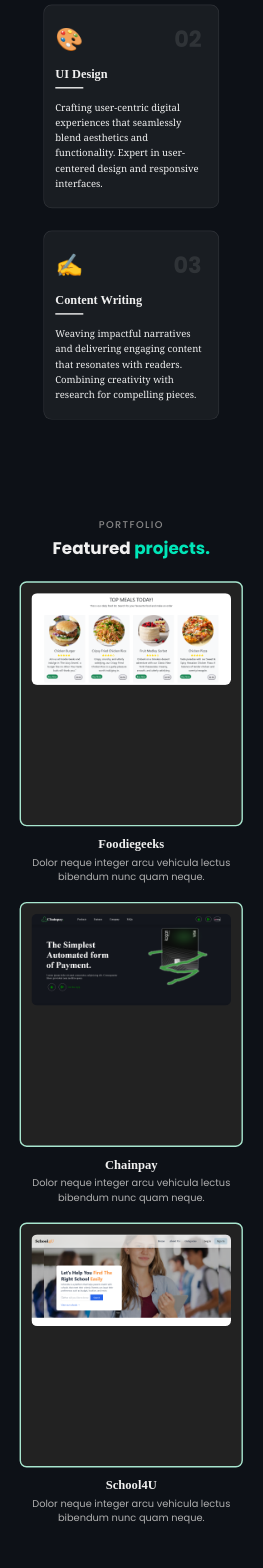
Repository: Austinokezie/Myportfolio
Page: index.html
An editor plug-in stored every save of this project. The page is shown before and after the next save, followed by the edit.
The browser window is 375 px wide. The pictures show the part of the page from y = 1358 to 3598 px (the page is 3598 px tall before and 3148 px after), at 70% of full size.
Some web fonts or font styles are not loaded; a fallback is used.

Above is the page before, as saved 2025-10-14 15:17:37.

### index.html
<!DOCTYPE html>
<html lang="en">
<head>
    <meta charset="UTF-8">
    <meta name="viewport" content="width=device-width, initial-scale=1.0">
    <title>My Portfolio</title>
    <link rel="stylesheet" href="./style.css">
    <link rel="stylesheet" href="./mediaqueries.css">
    <link rel="stylesheet" href="./lib/css/bootstrap-grid.min.css">
    <link rel="stylesheet" href="./lib/js/bootstrap.bundle.min.js">
</head>
<body>
    <header>
        <nav class="navbar">
          <div class="logo">Aus<span>D</span>ev</div>

           <ul class="nav-links">
              <li><a href="#" class="active">Home</a></li>
              <li><a href="#">Featured projects</a></li>
              <li><a href="#">About me</a></li>
             <li><a href="#">Contact me</a></li>
           </ul>

          <a href="#" class="resume-btn">View Resume</a>
       </nav>
  </header>

   <section class="intro">
      <div class="overlay"></div>
      <div class="intro-content">
         <h1>Hi, I am <span>Austen Okezie</span></h1>
           <p>
              A seasoned <span class="highlight">Frontend Developer</span> transforming ideas into
              stunning digital experiences. Let’s create something amazing!
           </p>

          <div class="social-links">
              <a href="#" title="GitHub"><i class="fab fa-github"></i></a>
              <a href="#" title="Medium"><i class="fab fa-medium"></i></a>
              <a href="#" title="LinkedIn"><i class="fab fa-linkedin"></i></a>
             <a href="#" title="Twitter"><i class="fab fa-twitter"></i></a>
          </div>
       </div>
    </section>

    <div class="services-section">
       <h3 class="sub-heading">SERVICES</h3>
       <h2 class="main-heading">What <span>I do.</span></h2>

        <div class="services-container">

          <div class="service-card active">
             <div class="card-number">01</div>
             <div class="card-icon">💻</div>
              <h3>Web Development</h3>
             <div class="underline"></div>
             <p>I use my knowledge of various programming languages such as HTML5, CSS3, JavaScript, and Tailwind to build digital solutions for users.</p>
           </div>

           <div class="service-card">
             <div class="card-number">02</div>
              <div class="card-icon">🎨</div>
              <h3>UI Design</h3>
             <div class="underline"></div>
              <p>Crafting user-centric digital experiences that seamlessly blend aesthetics and functionality. Expert in user-centered design and responsive interfaces.</p>
            </div>

           <div class="service-card">
             <div class="card-number">03</div>
             <div class="card-icon">✍</div>
             <h3>Content Writing</h3>
              <div class="underline"></div>
              <p>Weaving impactful narratives and delivering engaging content that resonates with readers. Combining creativity with research for compelling pieces.</p>
           </div>

        </div>
   </div>

   <section class="portfolio-section">
      <div class="container">
          <h2 class="portfolio-title">PORTFOLIO</h2>
          <h1 class="featured-projects">Featured <span> projects.</span></h1>
           <div class="projects-grid">
                <div class="project-card">
                   <div class="project-image-placeholder">
                      <img src="./Asset/Foodiegeeks.png" alt="img">
                   </div>
                   <h3 class="project-name">Foodiegeeks</h3>
                  <p class="project-description">Dolor neque integer arcu vehicula lectus bibendum nunc quam neque.</p>
               </div>

               <div class="project-card">
                   <div class="project-image-placeholder">
                      <img src="./Asset/chainpay jpg.png" alt="img">
                    </div>
                  <h3 class="project-name">Chainpay</h3>
                  <p class="project-description">Dolor neque integer arcu vehicula lectus bibendum nunc quam neque.</p>
               </div>

               <div class="project-card">
                   <div class="project-image-placeholder">
                     <img src="./Asset/Edtech.png" alt="img">
                   </div>
                   <h3 class="project-name">School4U</h3>
                   <p class="project-description">Dolor neque integer arcu vehicula lectus bibendum nunc quam neque.</p>
               </div>
            </div>
      </div>
   </section>










         <!-- Arrow -->
        <!-- <div class="text-center mt-5">
           <img
             src="./Asset/icons8-arrow-down-100.png"
             alt="arrow icon"
             class="icon arrow img-fluid"
             style="width: 50px; cursor: pointer;"
             onclick="location.href='./experience'"
            >
       </div> -->





 <!--
        <img src="./Asset/icons8-arrow-down-100.png" alt="arrow icon"
           class="icon arrow"
           onclick="location.href= './experience'"
        >  -->




















</body>
</html>

### style.css

@import url('https://fonts.googleapis.com/css2?family=Alan+Sans:wght@300..900&family=Poppins:ital,wght@0,100;0,200;0,300;0,400;0,500;0,600;0,700;0,800;0,900;1,100;1,200;1,300;1,400;1,500;1,600;1,700;1,800;1,900&display=swap');



*{
    margin: 0;
    padding: 0;


}


/* Reset some default styles */
* {
  margin: 0;
  padding: 0;
  box-sizing: border-box;
}

body {
  background-color: #0d1117;
  color: #f0f0f0;
  font-family: 'Poppins', sans-serif;
  /* display: flex; */
  /* justify-content: center;
  align-items: center;
  height: 100vh; */
}



/* === Navbar === */
header {
  width: 100%;
  background-color: rgba(13, 17, 23, 0.95);
  position: fixed;
  top: 0;
  left: 0;
  z-index: 10;
  backdrop-filter: blur(6px);
  border-bottom: 1px solid rgba(255, 255, 255, 0.05);
  font-family: serif;
}

.navbar {
  max-width: 1200px;
  margin: 0 auto;
  padding: 1rem 1rem;
  display: flex;
  justify-content: space-between;
  align-items: center;
}

/* Logo */
.logo {
  font-size: 1.5rem;
  font-weight: 200;
  font-family: serif;
  color: #f0f0f0;
  letter-spacing: 1px;
}
.logo span{
    color: #00e6b8;
    font-weight: 700;
}

/* Navigation Links */
.nav-links {
  list-style: none;
  display: flex;
  gap: 1.5rem;
}

.nav-links a {
  text-decoration: none;
  color: #cccccc;
  font-weight: 100;
  transition: 0.3s ease;
  font-size: 1.3rem;
}

.nav-links a:hover {
  color: #00e6b8;
}

.nav-links a.active {
  color: #00e6b8;
}

/* Resume Button */
.resume-btn {
  background-color: #00e6b8;
  color: #0d1117;
  text-decoration: none;
  padding: 0.6rem 1.3rem;
  border-radius: 6px;
  font-weight: 600;
  transition: all 0.3s ease;
}

.resume-btn:hover {
  background-color: #00cfa4;
  transform: translateY(-2px);
}











/* Intro Section */
.intro {
  position: relative;
  min-height: 100vh;
  width: 100%;
  background: url('./Asset/OIP.jpeg') center/cover no-repeat; /* <-- Replace with your image */
  display: flex;
  justify-content: center;
  align-items: center;
  text-align: center;
  overflow: hidden;
}
/* Dark overlay to dim image */
.overlay {
  position: absolute;
  top: 0;
  left: 0;
  width: 100%;
  height: 100%;
  background: rgba(0, 0, 0, 0.9); /* adjust dimness here */
  z-index: 1;
}

/* Text Content */
.intro-content {
  position: relative;
  z-index: 2;
  max-width: 700px;
  padding: 2rem;

}

.intro h1 {
  font-size: 2.2rem;
  margin-bottom: 1rem;
  font-weight: 600;
    justify-content: center;
  text-align: center;
}

.intro h1 span {
  color: #00e6b8;
  font-weight: 700;
}

.intro p {
  font-size: 1.1rem;
  color: #cccccc;
  max-width: 600px;
  margin: 0 auto 2rem auto;
  line-height: 1.6;
}

.highlight {
  color: #00e6b8;
  font-weight: 600;
}

/* Social Icons */
.social-links {
  display: flex;
  justify-content: center;
  gap: 1rem;
}

.social-links a {
  display: flex;
  justify-content: center;
  align-items: center;
  background-color: #161b22;
  width: 45px;
  height: 45px;
  border-radius: 50%;
  font-size: 1.2rem;
  color: #00e6b8;
  transition: all 0.3s ease;
}

.social-links a:hover {
  background-color: #00e6b8;
  color: #0d1117;
  transform: translateY(-4px);
}

/* Responsive */
@media (max-width: 600px) {
  .intro h1 {
    font-size: 1.8rem;
  }

  .intro p {
    font-size: 1rem;
    padding: 0 1rem;
  }

  .social-links a {
    width: 40px;
    height: 40px;
    font-size: 1rem;
  }
}



@media (max-width: 400px) {
  body {
    padding: 0 1rem;
  }

  .intro h1 {
    font-size: 1.5rem;
    line-height: 1.3;
  }

  .intro p {
    font-size: 0.95rem;
    line-height: 1.5;
  }

  .social-links {
    gap: 0.7rem;
  }

  .social-links a {
    width: 38px;
    height: 38px;
    font-size: 0.9rem;
  }

  .intro {
    padding: 1.5rem 0.5rem;
  }
}


/* === Section Layout === */
.services-section {
    display: block;
    width: 100%;
    clear: both;
  text-align: center;
  padding: 5rem 2rem;
  max-width: 1200px;
  margin: 0 auto;
  /* background: rgba(0, 0, 0, 0.1); */
  margin-top: 4rem;
}

/* === Headings === */
.sub-heading {
  font-size: 0.9rem;
  letter-spacing: 2px;
  color: #00e6b8;
  margin-bottom: 0.5rem;
}

.main-heading {
  font-size: 2rem;
  margin-bottom: 3rem;
}

.main-heading span {
  color: #00e6b8;
}

/* === Services Container === */
.services-container {
  display: flex;
  justify-content: center;
  gap: 2rem;
  flex-wrap: wrap;
}

/* === Individual Card === */
.service-card {
  background-color: rgba(255, 255, 255, 0.05);
  border: 1px solid rgba(255, 255, 255, 0.1);
  border-radius: 12px;
  padding: 2rem 1.5rem;
  width: 300px;
  position: relative;
  transition: all 0.3s ease;
  text-align: left;
}

.service-card:hover {
  border: 1px solid #00e6b8;
  transform: translateY(-5px);
}

.service-card.active {
  background-color: #00e6b8;
  color: #0d1117;
}

/* === Card Elements === */
.card-number {
  position: absolute;
  top: 1.5rem;
  right: 1.5rem;
  font-size: 2rem;
  opacity: 0.1;
  font-weight: 700;
}

.card-icon {
  font-size: 2rem;
  margin-bottom: 1rem;
}

.service-card h3 {
  font-size: 1.2rem;
  font-weight: 600;
  font-family: serif;
}

.underline {
  width: 40px;
  height: 2px;
  background-color: currentColor;
  margin: 0.5rem 0 1rem;
}

.service-card p {
  font-size: 0.8rem;
  line-height: 1.6;
  font-family: Georgia, 'Times New Roman', Times, serif;
}

/* === Media Queries === */

/* Tablets & Small Laptops */
@media (max-width: 600px) {
  .services-container {
    flex-direction: column;
    align-items: center;
  }

  .service-card {
    width: 90%;
  }

  .main-heading {
    font-size: 1.7rem;
  }
}

/* Small Phones */
@media (max-width: 400px) {
  .service-card {
    padding: 1.5rem 1rem;
  }

  .service-card h3 {
    font-size: 1.1rem;
  }

  .service-card p {
    font-size: 0.85rem;
  }

  /* .main-heading {
    font-size: 1.5rem;
    } */

}


/* General Reset and Body Styling (Adjust as needed for your site) */
/* body {
    background-color: #121212; /* Dark background color (similar to the image) */
    /* color: #e0e0e0; Light text color */
    /* font-family: sans-serif; Use a common sans-serif font */
    /* margin: 0;
    padding: 0; */
 */

/* Container for Centering and Padding */
.container {
    max-width: 1200px; /* Max width for content */
    margin: 0 auto;
    padding: 20px;
}

/* Portfolio Section Styling */
.portfolio-section {
    padding: 60px 0;
    text-align: center; /* Center the section titles */
}

/* Titles */
.portfolio-title {
    font-size: 14px;
    font-weight: 500;
    letter-spacing: 2px;
    color: #888; /* Lighter color for the subtitle */
    margin-bottom: 5px;
    text-transform: uppercase;
}

.featured-projects {
    font-size: 36px;
    font-weight: 700;
    margin-top: 0;
    margin-bottom: 40px;
}
.featured-projects span{
    color: #00e6b8;
}

/* Projects Grid (Desktop/Default) */
.projects-grid {
    display: flex;
    justify-content: space-between; /* Space out the cards */
    gap: 30px; /* Space between cards */
}

/* Project Card Styling */
.project-card {
    flex: 1 1 30%; /* Allows cards to grow/shrink, starting at ~30% width */
    text-align: left; /* Align text within the card to the left */
}


/* Project Image/Design Placeholder Styling */
.project-image-placeholder {
    /* Styles to mimic the screenshot's project display area */
    width: 100%;
    /* Aspect ratio for the image, approx 3:2 based on the photo */
    /* padding-top: 66.66%; 2/3 of the width 300px wide, 200px high */
    height: 350px;
    background-color: #222; /* Darker placeholder background */
    border-radius: 10px;
    margin-bottom: 15px;
    position: relative;
    overflow: hidden;
    /* Optional: Add a light border to mimic the UI screenshot */
    border: 2px solid #a8e6cf;
    padding: 15px;
}
.project-image-placeholder img{
    max-width: 100%;
    max-height:100%;
    display: block;
    object-fit: cover;
    object-position: center;
    border-radius: 8px;
}

/* Text within the Card */
.project-name {
    font-size: 18px;
    font-weight: 600;
    margin: 0 0 5px 0;
    font-family:  serif;
}

.project-description {
    font-size: 14px;
    color: #b0b0b0;
    line-height: 1.5;
    margin: 0;
}


/* ------------------------------------------------------------------ */
/* MEDIA QUERIES                              */
/* ------------------------------------------------------------------ */


/* Media Query for screens up to 600px wide (Tablets/Large Phones in Portrait) */
@media (max-width: 600px) {
    /* Change the grid to stack two cards per row */
    .projects-grid {
        flex-wrap: wrap; /* Allow cards to wrap to the next line */
        justify-content: center;
        gap: 20px; /* Reduce gap slightly */
    }

    .project-card {
        flex: 1 1 calc(50% - 20px); /* Two cards per row with gap taken into account */
        max-width: calc(50% - 10px); /* Ensuring space for the gap */
    }

    .featured-projects {
        font-size: 30px; /* Slightly smaller title */
    }
}

/* Media Query for screens up to 400px wide (Small Phones in Portrait) */
@media (max-width: 400px) {
    /* Change the grid to stack one card per row */
    .projects-grid {
        gap: 25px;
    }

    .project-card {
        flex: 1 1 100%; /* One card per row, full width */
        max-width: 100%;
        text-align: center; /* Center text for full-width view */
    }

    .project-name {
        margin-top: 10px; /* Add a little more space above the name */
    }

    .featured-projects {
        font-size: 24px; /* Even smaller title */
        margin-bottom: 30px;
    }
}


























































/* body {
  background: #f0f0f0;
} */
/* html{
    scroll-behavior:sm;
} */
/* p{
    color: rgb(85, 85, 85);
} */

/* Transition */

/* a, .btn{
    transition: all 300ms ease;
} */

/* Desktop */

/* nav, .nav-links{
    display: flex;

}
nav{
    justify-content: space-around;
    align-items: center;
    height: 17vh;
}
.nav-links{
    gap: 2rem;
    list-style: none;
    font-size: 1.5rem;
}
a {
    color: black;
    text-decoration: none;
    text-decoration-color: white;
}
a:hover{
    color: grey;
    text-decoration: underline;
    text-underline-offset: 1rem;
    text-decoration-color: rgb(181 , 181, 181) ;
}
.logo{
    font-size: 2rem;
}
.logo:hover{
   cursor: default;
}
/* Hamburger */
/* #hamburger-nav{
    display: none;

}
.hamburger-menu{
    position: relative;
    display: inline-block;

}
.hamburger-icon{
    display: flex;
    flex-direction: column;
    justify-content: space-between;
    height: 24px;
    width: 30px;
    cursor: pointer;
}
.hamburger-icon span{
   width: 100%;
   height: 2px;
   background-color: black;
   transition: all 0.3 ease-in-out;
}
.menu-links{
    position: absolute;
    top: 100%;
    right: 0;
    width: fit-content;
    max-height: 0;
    overflow: hidden;
    transition: all 0.3 ease-in-out;

}
.menu-links a{
    display: block;
    padding: 10px;
    text-align: center;
    font-size: 1.5rem;
    color: black;
    text-decoration: none;
     transition: all 0.3 ease-in-out;
}
.menu-links li {
    list-style: none;

}
.menu-links.open{
    max-height: 300px;


}
.hamburger-icon.open span:first-child{
    transform: rotate(45deg) translate(10px, 5px);
}
.hamburger-icon.open span:nth-child(2){
  opacity: 0;
}
.hamburger-icon.open span:last-child{
    transform: rotate(-45deg) translate(10px, -5px);
}
.hamburger-icon.open span:first-child{
    transform: none;
}
.hamburger-icon.open span:first-child{
   opacity: 1;
}
.hamburger-icon.open span:first-child{
    transform: none;
} */

/* section */
/* section{
    padding-top: 4vh;
    height: 96vh;
    margin: 0 10rem;
    box-sizing: border-box;
    min-height: fit-content;
}
.section-container{
    display: flex;
} */
/* #profile{
    display: flex;
    justify-content: center;
    gap: 5rem;
    height: 80vh;
} */
/* .section-pic-container{
    display: flex;
    height: 400px;
    margin: auto 0;
}
.section-pic-container img{
    width: 300px;
    height: 300px;
    border-radius: 50%;
    object-fit: cover;
    display: inline-block;
} */
/* .section-text{
    align-self: center;
    text-align: center;
    margin-bottom: 20px;

} */
/* .section-text-p{
    font-weight: 600;
} */
/* .section-text-p1{
    text-align: center;
} */
/* .intro-con.greet{
    font-size: 1.5rem;
} */
/* .section-text-p2{
    font-size: 1.75rem;
    margin-bottom: 1rem;
} */
/* .title{
    font-size: 3rem;
    text-align: center;
} */
/* .socials-container{
    display: flex;
    justify-content: center;
    margin-top: 1rem;
    gap: 1rem;
} */
/* ICON */
/* .icon{
    cursor: pointer;
    height: 2rem;
} */
/* Buttons */
/* .btn-container{
    display: flex;
    justify-content: center;
    gap: 1rem;
} */
/* .btn{
    font-weight: 600;
    transition: all 300ms ease;
    padding: .6rem;
    width: 8rem;
    border-radius: 2rem;

} */
/* .btn-color-1, .btn-color-2{
    border: rgb(53, 53, 53) .1rem solid;
} */
/* .btn-color-1:hover,
.btn-color-2:hover{
    cursor: pointer;
} */
/* .btn-color-1,
.btn-color-2:hover{
    cursor: pointer;
    background: rgb(53, 53, 53);
    color: white;
} */
/* .btn-color-1:hover{
    background: rgb(0, 0, 0);


} */
/* .btn-color-2{
    background: none;

}
.btn-color-2:hover{
    border: rgb(255, 255, 255) .1rem solid;
}
.btn-container{
    gap: 1rem;
} */

/* About section */


/* #about{
    position: relative;
    margin-top: 3.5rem;
}
.about-intro{
    margin-bottom: 20px;
}
.section_text_p1{
    text-align: center;
} */

/* .about-containers{
    display: flex;
    flex-wrap: wrap;
    justify-content: center;
    gap: 2rem;
    margin-bottom: 2rem;
    margin-top: 2rem;
} */
/* .about-details-container{
    justify-content: center;
    flex-direction: column;
} */
.about-containers,
.about-details-container{
    /* display: flex; */
}
/* .about-details-container{
    display: block;
} */
/* .about-pic{
    border-radius: 2rem;
    max-width: 400px;
    width: 100%;
    height: auto;
    object-fit: cover;
} */
/* .arrow{
    position: absolute;
    right: -5rem;
    bottom: 2.5rem;
} */
/* .details-container{

    padding: 1.5rem;
    /* flex: 1;  */
    /* background: white;
    border-radius: 2rem;
    border: rgb(53, 53, 53) 0.1rem solid;
    border-color: rgb(163, 163, 163);
    text-align: center;  */
  */
.section_container{
    /* display: flex; */
    /* gap: 2rem; */
    /* height: 70%; */

}
/* .section__pic-container{
   /* height: auto; */
   /* width: 100%;
   display: flex;
   justify-content: center;
   align-items: center; */
 */


/* .skill-card{
    display: flex;
    flex-direction: column;
    align-items: center;
    justify-content: center;
    padding: 20px;
    background: #fff;
    border-radius: 2px;
    box-shadow: 0 4px 4px rgba(0, 0, 0, 0.1);
    height: 55px;
} */
/* .skill-card img{
    width: 40px;
    height: 40px;
    margin-bottom: 10px; */
}



/* Experience section */
/* #experience{
    position: relative;
} */
/* .experience-sub-title{
    color: rgb(85, 85, 85);
    font-weight: 600;
    font-size: 1.75rem;
    margin-bottom: 2rem;

} */
/* .experience-details-container{
    display: flex;
    justify-content: center;
    flex-direction: column;

} */
/* .article-container{
    display: flex;
    text-align: initial;
    flex-wrap: wrap;
    flex-direction: row;
    gap: 2.5rem;
    justify-content: space-around;
} */
/* article{
    display: flex;
    width: 10rem;
    justify-content: space-around;
    gap: 0.5rem;

} */
/* article .icon{
    cursor: default;
} */


/* Projects Section */

/*
#projects{
    position: relative;
} */
/* .color-container{
    border-color: rgb(163, 163, 163);
    background: rgb(255, 255, 255);
} */
/* .project-img{
   border-radius: 1rem;
   width: 100%;
   height: 100%;
} */
/* .project-title{
    margin: 1rem;
    color: black;
} */
/* .project-btn{
    color: black;
    border-color: rgb(163, 163, 163);
} */
/* CONTACT */
/* #contact{
    display: flex;
    justify-content: center;
    flex-direction: column;
    height: 70vh;
} */
/* .contact-info-upper-container{
    display: flex;
    justify-content: center;
    border-radius: 2rem;
    border: rgb(53, 53, 53) 0.1rem solid;
    background-color: rgb(163, 163, 163);
    background: rgb(250, 250, 250);
    margin: 2rem auto;
    padding: 0.5rem;

} */
/* .contact-info-container{
    display: flex;
    align-items: center;
    justify-content: center;
    gap: 0.5rem;
    margin: 1rem;
} */
/* .contact-info-container p{
    font-size: larger;
}
.contact-icon{
    cursor: default;
} */

/* footer */
/* footer{
    height: 26vh;
    margin:  0 1 rem;
    color: #fff;
    background: #f9f9f9;
    box-shadow: 0 -4px 6px rgba(0, 0, 0, 0.2); */

}
/* hr{
    width: 75%;
    margin: 20px auto;
    border-color: #333;

} */

/* .nav-links{
   color: rgb(85, 85, 85);
}
footer p{
    text-align: center ;
} */

/* @media (max-width: 768px) {
  .arrow {
    position: static;
    margin: 2rem auto 0;
    display: block;
  }
}

@media (max-width: 992px) {
  .section_container {
    flex-direction: column;
    align-items: center;
  }

  .section__pic-container,
  .about-details-container {
    max-width: 100%;
  }

  .arrow {
    position: static;
    display: block;
    margin: 2rem auto 0;
  }
}  */

Loaded but not shown: lib/css/bootstrap-grid.min.css (library); lib/js/bootstrap.bundle.min.js (library); mediaqueries.css (empty)

After the next save:
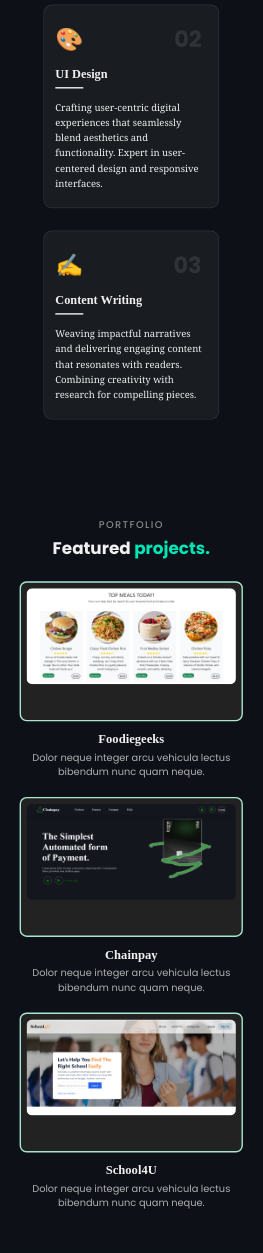
Saved 5 min 44 s later.
--- a/style.css
+++ b/style.css
@@ -486,6 +486,12 @@ header {
 
 /* Media Query for screens up to 600px wide (Tablets/Large Phones in Portrait) */
 @media (max-width: 600px) {
+    .project-image-placeholder{
+        height: 250px;
+        padding: 10px;
+    }
+
+
     /* Change the grid to stack two cards per row */
     .projects-grid {
         flex-wrap: wrap; /* Allow cards to wrap to the next line */
@@ -505,6 +511,12 @@ header {
 
 /* Media Query for screens up to 400px wide (Small Phones in Portrait) */
 @media (max-width: 400px) {
+
+    .project-image-placeholder{
+        height: 200px;
+        padding: 8px;
+    }
+
     /* Change the grid to stack one card per row */
     .projects-grid {
         gap: 25px;
